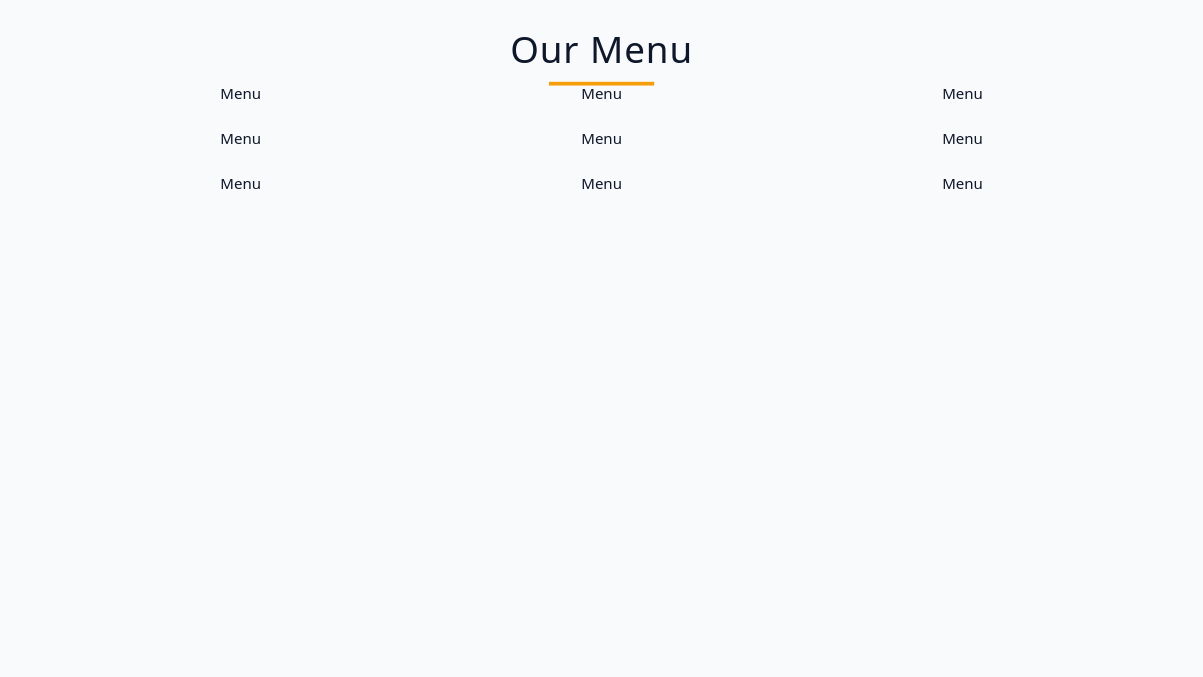
Repository: Maryie-B/React-Practice-Projects
Page: / (app in Restaurant Menu/)
These files come from the project's save history. The page is drawn as it stood at one moment and after the next save; the edit follows.
The browser window is 1280 px wide. The pictures show the whole page, at 94% of full size.
The project was rebuilt for these pictures with package versions that can differ from the ones it lists, and the page was loaded fresh each time. Also part of the build but not shown: Restaurant Menu/vite.config.js.

Above is the page before, as saved 2023-06-08 09:30:28.

### Restaurant Menu/src/App.jsx
import { useState } from "react";
import Title from "./Title";
import menu from './data';
import Menu from "./Menu";

const App = () => {
  const [menuItems, setMenuItems] = useState(menu);
  return <main>
    <section>
      <Title text='our menu'/>
      <Menu items={menuItems} />
    </section>
  </main>;
};
export default App;

### Restaurant Menu/src/index.css
/* ============= GLOBAL CSS =============== */

*,
::after,
::before {
  margin: 0;
  padding: 0;
  box-sizing: border-box;
}

html {
  font-size: 100%;
} /*16px*/

:root {
  /* colors */
  --primary-100: #fef3c7;
  --primary-200: #fde68a;
  --primary-300: #fcd34d;
  --primary-400: #fbbf24;
  --primary-500: #f59e0b;
  --primary-600: #d97706;
  --primary-700: #b45309;
  --primary-800: #92400e;
  --primary-900: #78350f;

  /* grey */
  --grey-50: #f8fafc;
  --grey-100: #f1f5f9;
  --grey-200: #e2e8f0;
  --grey-300: #cbd5e1;
  --grey-400: #94a3b8;
  --grey-500: #64748b;
  --grey-600: #475569;
  --grey-700: #334155;
  --grey-800: #1e293b;
  --grey-900: #0f172a;
  /* rest of the colors */
  --black: #222;
  --white: #fff;
  --red-light: #f8d7da;
  --red-dark: #842029;
  --green-light: #d1e7dd;
  --green-dark: #0f5132;

  --small-text: 0.875rem;
  --extra-small-text: 0.7em;
  /* rest of the vars */
  --backgroundColor: var(--grey-50);
  --textColor: var(--grey-900);
  --borderRadius: 0.25rem;
  --letterSpacing: 1px;
  --transition: 0.3s ease-in-out all;
  --max-width: 1120px;
  --fixed-width: 600px;

  /* box shadow*/
  --shadow-1: 0 1px 3px 0 rgba(0, 0, 0, 0.1), 0 1px 2px 0 rgba(0, 0, 0, 0.06);
  --shadow-2: 0 4px 6px -1px rgba(0, 0, 0, 0.1),
    0 2px 4px -1px rgba(0, 0, 0, 0.06);
  --shadow-3: 0 10px 15px -3px rgba(0, 0, 0, 0.1),
    0 4px 6px -2px rgba(0, 0, 0, 0.05);
  --shadow-4: 0 20px 25px -5px rgba(0, 0, 0, 0.1),
    0 10px 10px -5px rgba(0, 0, 0, 0.04);
}

body {
  background: var(--backgroundColor);
  font-family: system-ui, -apple-system, BlinkMacSystemFont, 'Segoe UI', Roboto,
    Oxygen, Ubuntu, Cantarell, 'Open Sans', 'Helvetica Neue', sans-serif;
  font-weight: 400;
  line-height: 1;
  color: var(--textColor);
}
p {
  margin: 0;
}
h1,
h2,
h3,
h4,
h5 {
  margin: 0;
  font-family: var(--headingFont);
  font-weight: 400;
  line-height: 1;
  text-transform: capitalize;
  letter-spacing: var(--letterSpacing);
}

h1 {
  font-size: 3.052rem;
}

h2 {
  font-size: 2.441rem;
}

h3 {
  font-size: 1.953rem;
}

h4 {
  font-size: 1.563rem;
}

h5 {
  font-size: 1.25rem;
}

.text {
  margin-bottom: 1.5rem;
  max-width: 40em;
}

small,
.text-small {
  font-size: var(--small-text);
}

a {
  text-decoration: none;
}
ul {
  list-style-type: none;
  padding: 0;
}

.img {
  width: 100%;
  display: block;
  object-fit: cover;
}
/* buttons */

.btn {
  cursor: pointer;
  color: var(--white);
  background: var(--primary-500);
  border: transparent;
  border-radius: var(--borderRadius);
  letter-spacing: var(--letterSpacing);
  padding: 0.375rem 0.75rem;
  box-shadow: var(--shadow-1);
  transition: var(--transition);
  text-transform: capitalize;
  display: inline-block;
}
.btn:hover {
  background: var(--primary-700);
  box-shadow: var(--shadow-3);
}
.btn-hipster {
  color: var(--primary-500);
  background: var(--primary-200);
}
.btn-hipster:hover {
  color: var(--primary-200);
  background: var(--primary-700);
}
.btn-block {
  width: 100%;
}

/* alerts */
.alert {
  padding: 0.375rem 0.75rem;
  margin-bottom: 1rem;
  border-color: transparent;
  border-radius: var(--borderRadius);
}

.alert-danger {
  color: var(--red-dark);
  background: var(--red-light);
}
.alert-success {
  color: var(--green-dark);
  background: var(--green-light);
}
/* form */

.form {
  width: 90vw;
  max-width: var(--fixed-width);
  background: var(--white);
  border-radius: var(--borderRadius);
  box-shadow: var(--shadow-2);
  padding: 2rem 2.5rem;
  margin: 3rem auto;
}
.form-label {
  display: block;
  font-size: var(--small-text);
  margin-bottom: 0.5rem;
  text-transform: capitalize;
  letter-spacing: var(--letterSpacing);
}
.form-input,
.form-textarea {
  width: 100%;
  padding: 0.375rem 0.75rem;
  border-radius: var(--borderRadius);
  background: var(--backgroundColor);
  border: 1px solid var(--grey-200);
}

.form-row {
  margin-bottom: 1rem;
}

.form-textarea {
  height: 7rem;
}
::placeholder {
  font-family: inherit;
  color: var(--grey-400);
}
.form-alert {
  color: var(--red-dark);
  letter-spacing: var(--letterSpacing);
  text-transform: capitalize;
}
/* alert */

@keyframes spinner {
  to {
    transform: rotate(360deg);
  }
}

.loading {
  width: 6rem;
  height: 6rem;
  border: 5px solid var(--grey-400);
  border-radius: 50%;
  border-top-color: var(--primary-500);
  animation: spinner 0.6s linear infinite;
  margin: 0 auto;
}

/* title */

.title {
  margin-top: 2rem;
  text-align: center;
}

.title-underline {
  background: var(--primary-500);
  width: 7rem;
  height: 0.25rem;
  margin: 0 auto;
  margin-top: 1rem;
}
/* ============= PROJECT CSS =============== */

.menu {
  padding: 5rem 0;
}

.btn-container {
  margin: 2rem 0 4rem 0;
  display: flex;
  justify-content: center;
  flex-wrap: wrap;
  gap: 1rem;
}
.section-center {
  width: 90vw;
  margin: 0 auto;
  max-width: var(--max-width);
  display: grid;
  gap: 2rem;
}

.menu-item {
  background: var(--white);
  border-radius: var(--borderRadius);
}
.menu-item .img {
  height: 15rem;
  border-top-right-radius: var(--borderRadius);
  border-top-left-radius: var(--borderRadius);
}
.item-info {
  padding: 1.5rem;
}
.item-info header {
  display: flex;
  justify-content: space-between;
  flex-wrap: wrap;
  gap: 1rem;
  margin-bottom: 1.25rem;
}

.item-info h5 {
  font-weight: 500;
}
.item-price {
  background: var(--primary-500);
  color: var(--white);
  padding: 0.25rem 0.5rem;
  letter-spacing: var(--letterSpacing);
  border-radius: var(--borderRadius);
}

.item-text {
  line-height: 2;
  color: var(--grey-500);
}

.section-center {
  justify-items: center;
}
.menu-item {
  max-width: 25rem;
}

@media screen and (min-width: 992px) {
  .section-center {
    grid-template-columns: 1fr 1fr;
    align-items: start;
  }
}
@media screen and (min-width: 1170px) {
  .section-center {
    width: 95vw;
    grid-template-columns: repeat(3, 1fr);
  }
}

### Restaurant Menu/src/Title.jsx
import React from 'react'

const Title = ({text}) => {
  return (
    <div>
      <h2 className='title'>{text || 'Default Title'}</h2>
      <div className="title-underline"></div>
    </div>
  )
}

export default Title

### Restaurant Menu/src/data.js
const menu = [
  {
    id: 1,
    title: 'buttermilk pancakes',
    category: 'breakfast',
    price: 15.99,
    img: '/images/item-1.jpeg',
    desc: `I'm baby woke mlkshk wolf bitters live-edge blue bottle, hammock freegan copper mug whatever cold-pressed I'm baby woke mlkshk wolf bitters live-edge blue bottle, hammock freegan copper mug whatever cold-pressed `,
  },
  {
    id: 2,
    title: 'diner double',
    category: 'lunch',
    price: 13.99,
    img: '/images/item-2.jpeg',
    desc: `vaporware iPhone mumblecore selvage raw denim slow-carb leggings gochujang helvetica man braid jianbing. Marfa thundercats `,
  },
  {
    id: 3,
    title: 'godzilla milkshake',
    category: 'shakes',
    price: 6.99,
    img: '/images/item-3.jpeg',
    desc: `ombucha chillwave fanny pack 3 wolf moon street art photo booth before they sold out organic viral.`,
  },
  {
    id: 4,
    title: 'country delight',
    category: 'breakfast',
    price: 20.99,
    img: '/images/item-4.jpeg',
    desc: `Shabby chic keffiyeh neutra snackwave pork belly shoreditch. Prism austin mlkshk truffaut, `,
  },
  {
    id: 5,
    title: 'egg attack',
    category: 'lunch',
    price: 22.99,
    img: '/images/item-5.jpeg',
    desc: `franzen vegan pabst bicycle rights kickstarter pinterest meditation farm-to-table 90's pop-up `,
  },
  {
    id: 6,
    title: 'oreo dream',
    category: 'shakes',
    price: 18.99,
    img: '/images/item-6.jpeg',
    desc: `Portland chicharrones ethical edison bulb, palo santo craft beer chia heirloom iPhone everyday`,
  },
  {
    id: 7,
    title: 'bacon overflow',
    category: 'breakfast',
    price: 8.99,
    img: '/images/item-7.jpeg',
    desc: `carry jianbing normcore freegan. Viral single-origin coffee live-edge, pork belly cloud bread iceland put a bird `,
  },
  {
    id: 8,
    title: 'american classic',
    category: 'lunch',
    price: 12.99,
    img: '/images/item-8.jpeg',
    desc: `on it tumblr kickstarter thundercats migas everyday carry squid palo santo leggings. Food truck truffaut  `,
  },
  {
    id: 9,
    title: 'quarantine buddy',
    category: 'shakes',
    price: 16.99,
    img: '/images/item-9.jpeg',
    desc: `skateboard fam synth authentic semiotics. Live-edge lyft af, edison bulb yuccie crucifix microdosing.`,
  },
];
export default menu;

### Restaurant Menu/src/Menu.jsx
import React from 'react'
import MenuItem from './MenuItem'

const Menu = ({items}) => {
  return (
    <div className='section-center'>
        {items.map((menuItem) => {
            return <MenuItem key={menuItem.id} {...menuItem}/>
        })}
    </div>
  )
}

export default Menu

### Restaurant Menu/src/MenuItem.jsx
import React from 'react'

const MenuItem = () => {
  return (
    <div>
      Menu
    </div>
  )
}

export default MenuItem

Loaded but not shown: Restaurant Menu/index.html (common file); Restaurant Menu/src/main.jsx (common file)

After the next save:
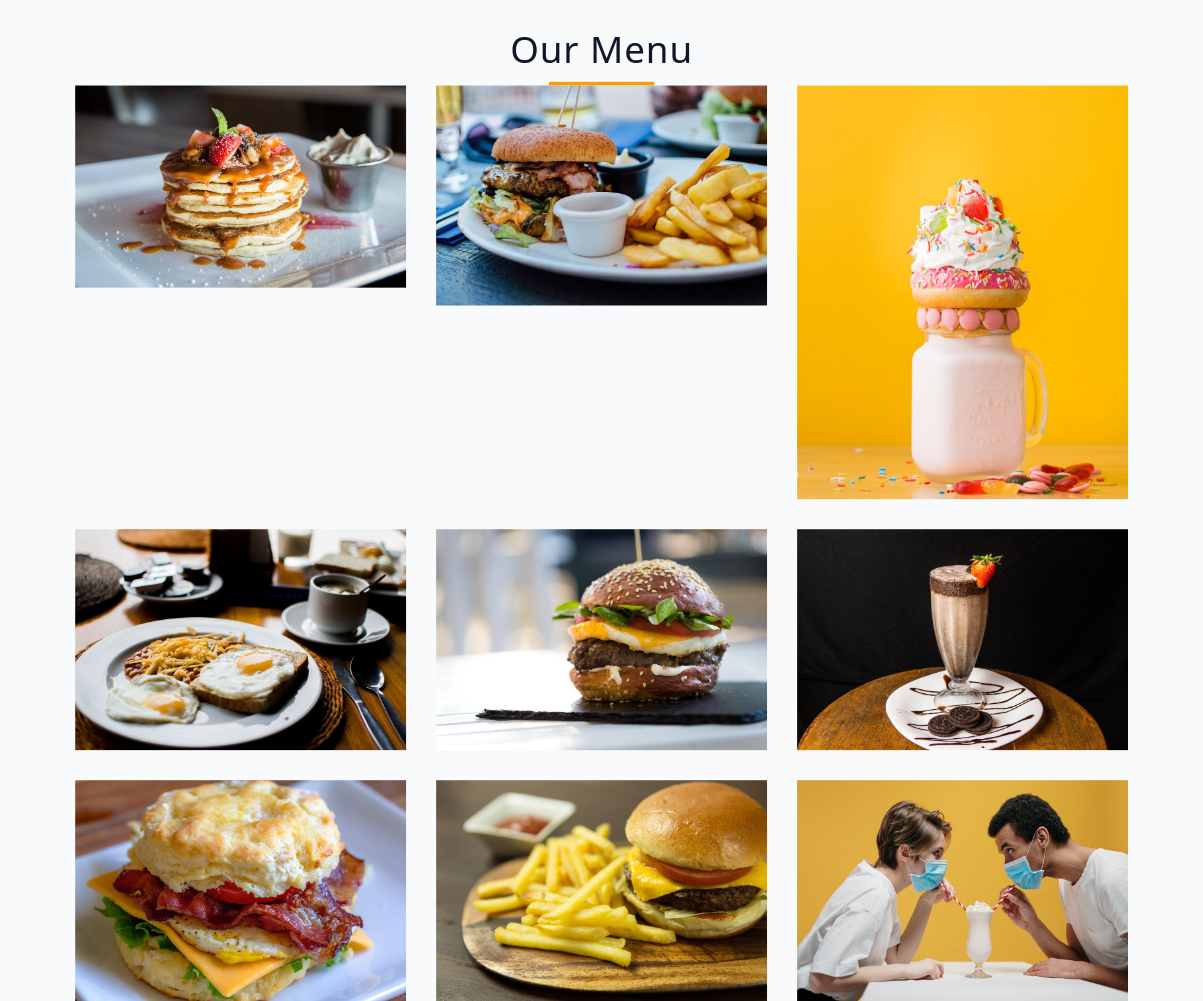
Saved 102 s later.
--- a/Restaurant Menu/src/MenuItem.jsx
+++ b/Restaurant Menu/src/MenuItem.jsx
@@ -1,10 +1,10 @@
 import React from 'react'
 
-const MenuItem = () => {
+const MenuItem = ({img, title, price, desc}) => {
   return (
-    <div>
-      Menu
-    </div>
+    <article>
+      <img src={img} alt={title} className="img" />
+    </article>
   )
 }
 
